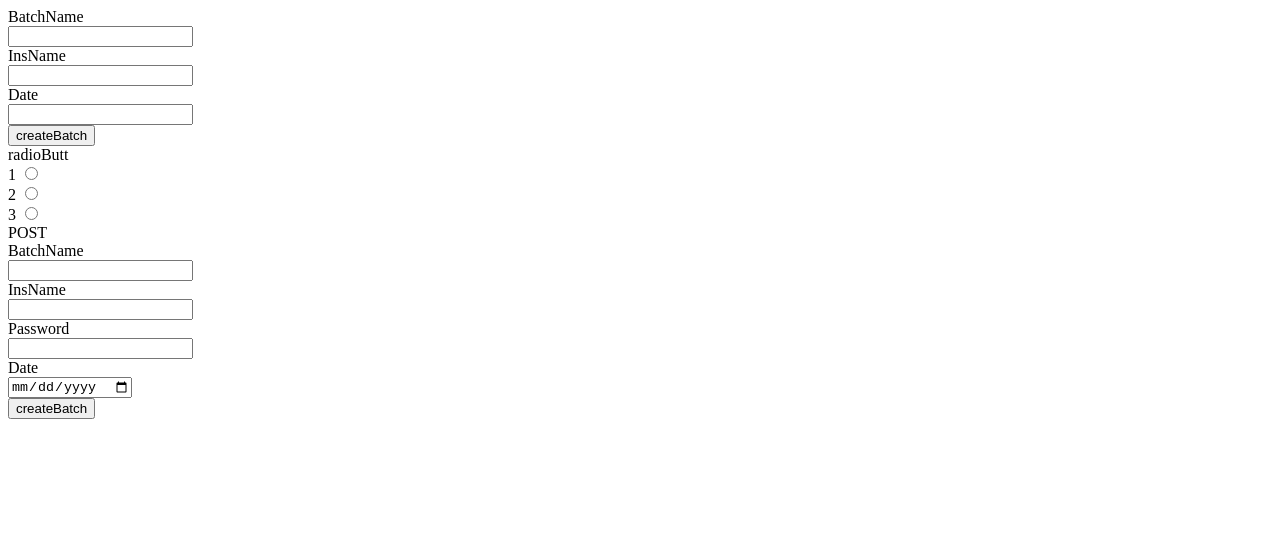
Repository: ark0000/gitL
Page: sevs/src/main/webapp/add-batch.html
These files come from the project's save history. The page is drawn as it stood at one moment and after the next save; the edit follows.
The browser window is 1280 px wide. The pictures show the whole page.

Above is the page before, as saved 2024-03-03 04:47:56.

### sevs/src/main/webapp/add-batch.html
<!DOCTYPE html>
<html>
<head>
<meta charset="ISO-8859-1">
<title>Form</title>
</head>
<body>
<form action="addbatch" method="get">
<label for="">BatchName</label><br>
<input  type="text" name="batchName" ><br>
<label for="">InsName</label><br>
<input  type="text" name="InsName" ><br>
<label for="">Date</label><br>
<input  type="text" name="Date" ><br>

<input  type="submit" name="batch" value="createBatch" >
<br><label>radioButt</label>
<br>1 <input type="radio" name="rad" value="1">
<br>2 <input type="radio" name="rad" value="2">
<br>3 <input type="radio" name="rad" value="3">
</form>
POST
<form action="addbatch" method="post">
<label for="">BatchName</label><br>
<input  type="text" name="batchName" ><br>
<label for="">InsName</label><br>
<input  type="text" name="InsName" ><br>
<label for="">Password</label><br>
<input  type="password" name="Date" ><br>
<label for="">Date</label><br>
<input  type="date" name="Date" ><br>

<input  type="submit" name="batch" value="createBatch" >

</form>
</body>
</html>

After the next save:
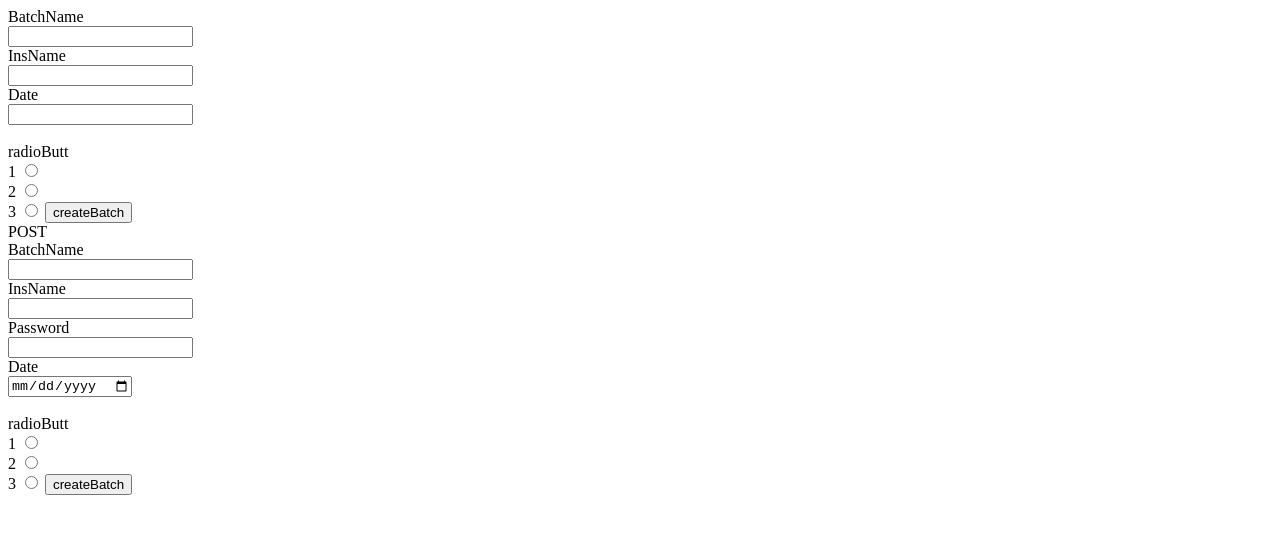
Saved 56 s later.
--- a/sevs/src/main/webapp/add-batch.html
+++ b/sevs/src/main/webapp/add-batch.html
@@ -13,11 +13,13 @@
 <label for="">Date</label><br>
 <input  type="text" name="Date" ><br>
 
-<input  type="submit" name="batch" value="createBatch" >
+
 <br><label>radioButt</label>
 <br>1 <input type="radio" name="rad" value="1">
 <br>2 <input type="radio" name="rad" value="2">
 <br>3 <input type="radio" name="rad" value="3">
+
+<input  type="submit" name="batch" value="createBatch" >
 </form>
 POST
 <form action="addbatch" method="post">
@@ -29,6 +31,10 @@ POST
 <input  type="password" name="Date" ><br>
 <label for="">Date</label><br>
 <input  type="date" name="Date" ><br>
+<br><label>radioButt</label>
+<br>1 <input type="radio" name="rad" value="1">
+<br>2 <input type="radio" name="rad" value="2">
+<br>3 <input type="radio" name="rad" value="3">
 
 <input  type="submit" name="batch" value="createBatch" >
 
